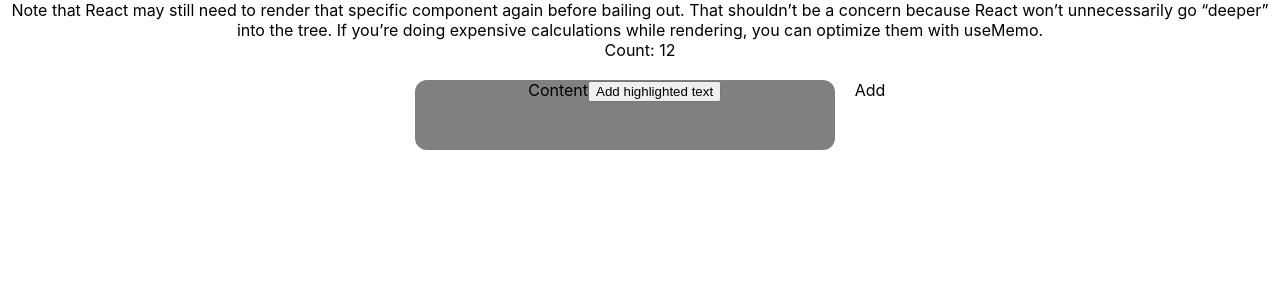
Repository: Farbod29/React-text-highlighter-with-hook-
Page: /
These files come from the project's save history. The page is drawn as it stood at one moment and after the next save; the edit follows.
The browser window is 1280 px wide. The pictures show the whole page.
The project was rebuilt for these pictures with package versions that can differ from the ones it lists, and the page was loaded fresh each time.

Above is the page before, as saved 2022-02-18 21:12:15.

### src/App.js
import './App.css';
import Highlighter from './highlighter';
function App() {
  return (
    <div className="App">
      <Highlighter />
    </div>
  );
}

export default App;

### src/highlighter.js
import React, { useEffect, useState } from 'react';

export default function Highlighter() {
  let doit = () => {
    document.onmouseup = () => {
      console.log(window.getSelection().toString());
    };
  };
  const [count, setCount] = useState(12);
  return (
    <>
      <div>
        {' '}
        Note that React may still need to render that specific component again
        before bailing out. That shouldn’t be a concern because React won’t
        unnecessarily go “deeper” into the tree. If you’re doing expensive
        calculations while rendering, you can optimize them with useMemo.
      </div>
      Count: {count}
      {/* <button onClick={() => setCount((prevCount) => prevCount - 1)}>-</button> */}
      <div style={{ position: 'relative' }}>
        <div
          style={{
            padding: '0px 10px',
            height: '70px',
            width: '400px',
            margin: '20px',
            borderRadius: '12px',
            backgroundColor: 'gray',
            inline: true,
            fontColor: 'red',
            textAlign: 'center',
            display: 'inline-block',
          }}
        >
          Content
          <button onClick={() => setCount(12)}> Add highlighted text </button>
        </div>
        Add {doit()}
      </div>
    </>
  );
}

Loaded but not shown: public/index.html (common file); src/index.js (common file); src/index.css (common file); src/reportWebVitals.js (common file); src/App.css (common file)

After the next save:
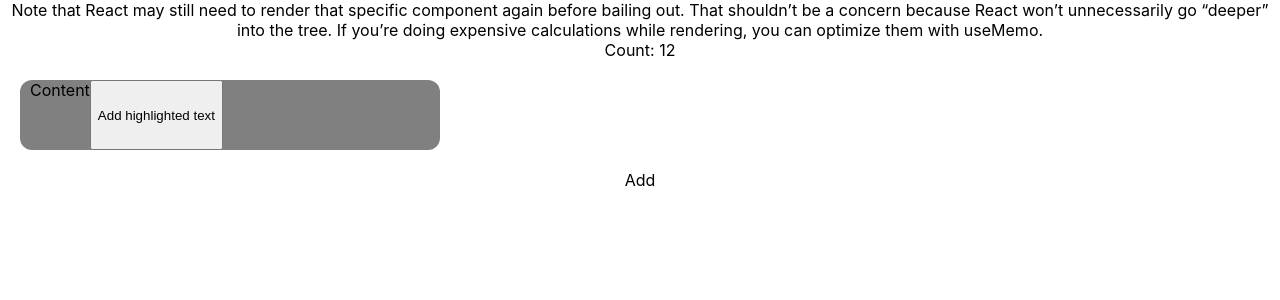
Saved 24 s later.
--- a/src/highlighter.js
+++ b/src/highlighter.js
@@ -30,7 +30,7 @@
             inline: true,
             fontColor: 'red',
             textAlign: 'center',
-            display: 'inline-block',
+            display: 'flex',
           }}
         >
           Content

After the 3 saves that followed:
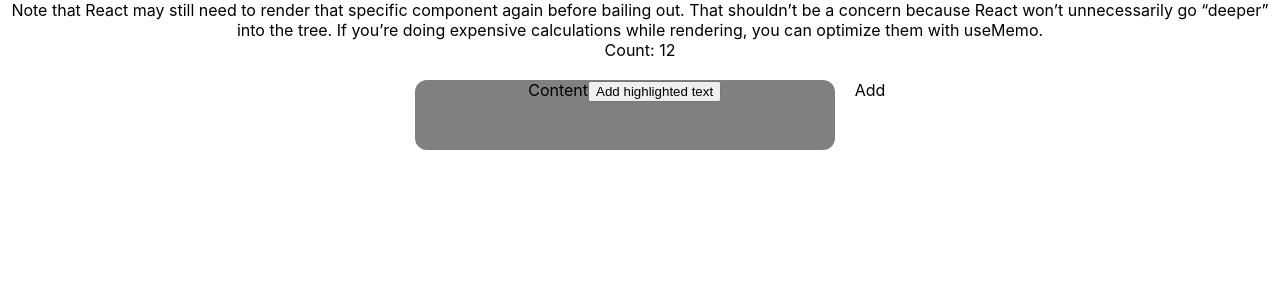
The 3 saves are shown as one change because they came seconds apart.
The last was saved 12 s later.
--- a/src/highlighter.js
+++ b/src/highlighter.js
@@ -29,8 +29,7 @@
             backgroundColor: 'gray',
             inline: true,
             fontColor: 'red',
-            textAlign: 'center',
-            display: 'flex',
+            display: 'inline-block',
           }}
         >
           Content
